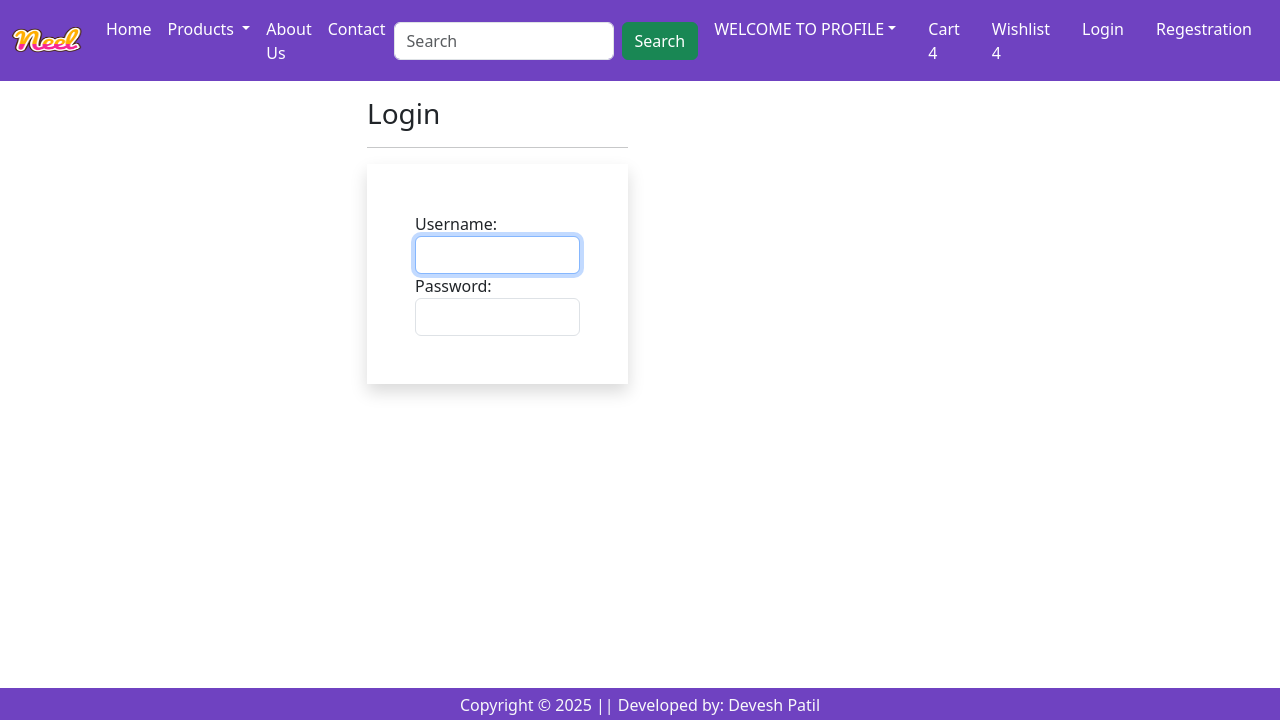
Repository: DeveshPatill/mydjango
Page: http://localhost/accounts/login
These files come from the project's save history. The page is drawn as it stood at one moment and after the next save; the edit follows.
The browser window is 1280 px wide. The pictures show the whole page.
The page is served by the project's application, run on Django 5.2 (ec/manage.py). Other server files are loaded and not shown.

Above is the page before, as saved 2025-03-24 14:47:37.

### ec/app/templates/app/login.html
{% extends 'app/base.html' %}
{% load static %}
{% block title %}Login{% endblock title %}



{% block main-content %}
<div class="container">
    <div class="row my-3">
        <div class="col-sm-3 offset-sm-3">
            <h3>Login</h3>
            <hr>
            <form action="" method="post" novalidate class="shadow p-5">{% csrf_token %}
                {% for fm in form %}
                {{fm.label_tag}} {{fm}} <small class="text-danger">{{fm.errors | striptags}}</small>
                {% endfor %}
            </form>
        </div>
    </div>
</div>

{% endblock main-content %}

### ec/app/templates/app/base.html
<!DOCTYPE html>
{% load static %}
<html lang="en">
<head>
    <meta charset="UTF-8">
    <meta http-equiv="X-UA-Compatible" content="IE=edge">
    <meta name="viewport" content="width=device-width, initial-scale=1.0">

    <link href="https://cdn.jsdelivr.net/npm/bootstrap@5.3.3/dist/css/bootstrap.min.css" rel="stylesheet" integrity="sha384-QWTKZyjpPEjISv5WaRU9OFeRpok6YctnYmDr5pNlyT2bRjXh0JMhjY6hW+ALEwIH" crossorigin="anonymous">

    <link rel="stylesheet" href="{% static 'app/css/owl.carousel.min.css' %}" />
    <link rel="stylesheet" href="{% static 'app/css/all.min.css' %}" />
    <link rel="stylesheet" href="{% static 'app/css/style.css' %}" />

    <title> Dairy Products | {% block title %} {% endblock title %} </title>
</head>
<body>
    <nav class="navbar navbar-expand-lg navbar-dark" style="background-color: #6f42c1;">
        <div class="container-fluid">
          <a class="navbar-brand" href="/">
            <img src="{% static 'app/images/product/Neel.png' %}" width="70px" height="55px" />
          </a>
          <button class="navbar-toggler" type="button" data-bs-toggle="collapse" data-bs-target="#navbarSupportedContent" aria-controls="navbarSupportedContent" aria-expanded="false" aria-label="Toggle navigation">
            <span class="navbar-toggler-icon"></span>
          </button>
          <div class="collapse navbar-collapse" id="navbarSupportedContent">
            <ul class="navbar-nav me-auto mb-2 mb-lg-0">
              <li class="nav-item">
                <a class="nav-link active" aria-current="page" href="/">Home</a>
              </li>
              <li class="nav-item dropdown">
                <a class="nav-link dropdown-toggle text-white" href="#" role="button" data-bs-toggle="dropdown" aria-expanded="false">
                  Products
                </a>
                <ul class="dropdown-menu">
                  <li><a class="dropdown-item" href="{% url 'category' 'ML' %}">Milk</a></li>
                  <li><a class="dropdown-item" href="{% url 'category' 'CR' %}">Curd</a></li>
                  <li><a class="dropdown-item" href="{% url 'category' 'MS' %}">MilkShake</a></li>
                  <li><a class="dropdown-item" href="{% url 'category' 'LS' %}">Lassi</a></li>
                  <li><a class="dropdown-item" href="{% url 'category' 'GH' %}">Ghee</a></li>
                  <li><a class="dropdown-item" href="{% url 'category' 'PN' %}">Paneer</a></li>
                  <li><a class="dropdown-item" href="{% url 'category' 'CZ' %}">Cheese</a></li>
                  <li><a class="dropdown-item" href="{% url 'category' 'IC' %}">Ice-Cream</a></li>

                </ul>
              </li>
              <li class="nav-item">
                <a class="nav-link text-white" href="{% url 'about'  %}">About Us</a>
              </li>
              <li class="nav-item">
                <a class="nav-link text-white" href="{% url 'contact'  %}">Contact</a>
              </li>

            </ul>
            <form class="d-flex" role="search">
              <input class="form-control me-2" type="search" placeholder="Search" aria-label="Search">
              <button class="btn btn-success" type="submit">Search</button>
            </form>
          </div>
          <ul class="navbar-nav me-auto mb-2 mb-lg-0">
            <li class="nav-item dropdown mx-2">
                <a class="nav-link dropdown-toggle text-white" href="#" id="profileDropdown" role="button" data-bs-toggle="dropdown" aria-expanded="false">WELCOME TO PROFILE</a>
                <ul class="dropdown-menu" aria-labelledby="profileDropdown">
                    <li><a class="dropdown-item" href="#">Profile</a></li>
                    <li><a class="dropdown-item" href="#">Orders</a></li>
                    <li><a class="dropdown-item" href="#">Change Password</a></li>
                    <li><a class="dropdown-item" href="#">Logout</a></li>
                </ul>
            </li>
            <li class="nav-item mx-2">
                <a href="#" class="nav-link text-white">Cart 4</a>
            </li>
            <li class="nav-item mx-2">
                <a href="#" class="nav-link text-white">Wishlist 4</a>
            </li>
            <li class="nav-item mx-2">
                <a href="{% url 'login' %}" class="nav-link text-white">Login</a>
            </li>
            <li class="nav-item mx-2">
                <a href="{% url 'customerregistration' %}" class="nav-link text-white">Regestration</a>
            </li>

          </ul>
        </div>
      </nav>
      {% block banner-slider %}{% endblock banner-slider %}

      {% block information %}{% endblock information %}

      {% block main-content %}{% endblock main-content %}

    <footer class="text-center text-light py-3 fixed-bottom" style="background-color: #6f42c1; height: 5px; line-height: 2px;">
        Copyright © 2025 || Developed by: Devesh Patil
    </footer>






    <script src="https://cdn.jsdelivr.net/npm/@popperjs/core@2.11.8/dist/umd/popper.min.js" integrity="sha384-I7E8VVD/ismYTF4hNIPjVp/Zjvgyol6VFvRkX/vR+Vc4jQkC+hVqc2pM8ODewa9r" crossorigin="anonymous"></script>
    <script src="https://cdn.jsdelivr.net/npm/bootstrap@5.3.3/dist/js/bootstrap.min.js" integrity="sha384-0pUGZvbkm6XF6gxjEnlmuGrJXVbNuzT9qBBavbLwCsOGabYfZo0T0to5eqruptLy" crossorigin="anonymous"></script>

    <script src=https://cdnjs.cloudflare.com/ajax/libs/jquery/3.7.1/jquery.min.js></script>


    <script script="{% static 'app/js/owl.carousel.min.js' %}"></script>
    <script script="{% static 'app/js/all.min.js' %}"></script>
    <script script="{% static 'app/js/myscript.js' %}"></script>

</body>
</html>

### ec/app/forms.py
from django import forms
from django.contrib.auth.forms import UserCreationForm,AuthenticationForm
from django.contrib.auth.models import User


class LoginForm(AuthenticationForm):
    username=forms.CharField(widget=forms.TextInput(attrs={'autofocus':True,'class':"form-control"}))
    password=forms.CharField(widget=forms.PasswordInput(attrs={'autocomplete':'currentpassword','class':'form-control'}))





class CustomerRegistrationForm(UserCreationForm):
    username=forms.CharField(widget=forms.TextInput(attrs={'autofocus':True,'class':"form-control"}))
    email=forms.EmailField(widget=forms.EmailInput(attrs={'class':'form-control'}))
    password1=forms.CharField(label='Password',widget=forms.PasswordInput(attrs={'class':'form-control'}))
    password2=forms.CharField(label='Confirm Password',widget=forms.PasswordInput(attrs={'class':'form-control'}))

    class Meta:
        model = User
        fields = ['username','email','password1','password2']

### ec/ec/urls.py
"""
URL configuration for ec project.

The `urlpatterns` list routes URLs to views. For more information please see:
    https://docs.djangoproject.com/en/5.1/topics/http/urls/
Examples:
Function views
    1. Add an import:  from my_app import views
    2. Add a URL to urlpatterns:  path('', views.home, name='home')
Class-based views
    1. Add an import:  from other_app.views import Home
    2. Add a URL to urlpatterns:  path('', Home.as_view(), name='home')
Including another URLconf
    1. Import the include() function: from django.urls import include, path
    2. Add a URL to urlpatterns:  path('blog/', include('blog.urls'))
"""

from django.contrib import admin
from django.urls import path,include

urlpatterns = [
    path("admin/", admin.site.urls),
    path("", include("app.urls")),

]

### ec/app/urls.py
from django.urls import path
from .import views
from django.conf import settings
from django.conf.urls.static import static
from django.contrib.auth import views as auth_view
from .forms import LoginForm
urlpatterns = [
    path("",views.home),
    path("about/",views.about,name="about"),
    path("contact/",views.contact,name="contact"),
    path("category/<slug:val>",views.CategoryView.as_view(),name="category"),
    path("category-title/<val>",views.CategoryTitle.as_view(),name='category-title'),
    path("product-detail/<int:pk>",views.ProductDetail.as_view(),name="product-detail"),

    #login authentication
    path('registration/',views.CustomerRegistrationView.as_view(),name='customerregistration'),
    path("accounts/login",auth_view.LoginView.as_view(template_name='app/login.html',authentication_form=LoginForm),name='login'),
]+static(settings.MEDIA_URL,document_root=settings.MEDIA_ROOT)

### ec/app/static/app/css/style.css
.owl-carousel .item{
 /* border: 1px solid black; */
 font-size: 24px;
 text-align: center;
 margin-top: 20px;
 transition: transform .5s ease;
}

 .owl-carousel .item:hover{
    /* border: 1px solid black; */
    transform : scale(1.1);
}

/* .owl-carousel img{
    transition: transform .5s ease;
  }
 .owl-carousel img:hover{

    transform : scale(1.25);
} */

.owl-next{
 float:right;
}
.owl-prev{
 float:left;
}
.owl-prev span{
 font-size: 24px;
 font-weight: bold;
}
.owl-next span{
 font-size: 24px;
 font-weight: bold;
}




.buttermilk{
    background-color:#fff;background-image:linear-gradient(#fff7ef, #fff);
    background-image:-webkit-linear-gradient(#fff7ef, #fff);
    background-image:-moz-linear-gradient(#fff7ef, #fff);
    background-image:-ms-linear-gradient(#fff7ef, #fff);
    background-image:-o-linear-gradient(#fff7ef, #fff);
    padding:50px 40px;
    border:1px solid #efe8e1;
    padding-bottom:20px;
}

.smbg{
    background-color:#fff;
    background-image:linear-gradient(rgba(110, 69, 143, 0.1), #fff);
    background-image:-webkit-linear-gradient(rgba(110, 69, 143, 0.1), #fff);
    background-image:-moz-linear-gradient(rgba(110, 69, 143, 0.1), #fff);
    background-image:-ms-linear-gradient(rgba(110, 69, 143, 0.1), #fff);
    background-image:-o-linear-gradient(rgba(110, 69, 143, 0.1), #fff);
}

.curdbgpro{
    background-color:#fff;
    background-image:linear-gradient(rgba(10, 77, 123, 0.1), #fff);
    background-image:-webkit-linear-gradient(rgba(10, 77, 123, 0.1), #fff);
    background-image:-moz-linear-gradient(rgba(10, 77, 123, 0.1), #fff);
    background-image:-ms-linear-gradient(rgba(10, 77, 123, 0.1), #fff);
    background-image:-o-linear-gradient(rgba(10, 77, 123, 0.1), #fff);
}

.goodnessseccont img{
    width:100%;
}

.mlkpro{
    color:#636362;
    font-size:22px;
    line-height:22px;
    margin-bottom:15px;
    width:43%;
    margin:0 auto;
    text-align:center;

}

.goodnesssec a{
    text-decoration: none;
}


/*
body {
    padding-bottom: 80px; /* Adjust this value based on footer height
}*/

Loaded but not shown: ec/app/static/app/css/owl.carousel.min.css (library); ec/app/static/app/css/all.min.css (library)

After the next save:
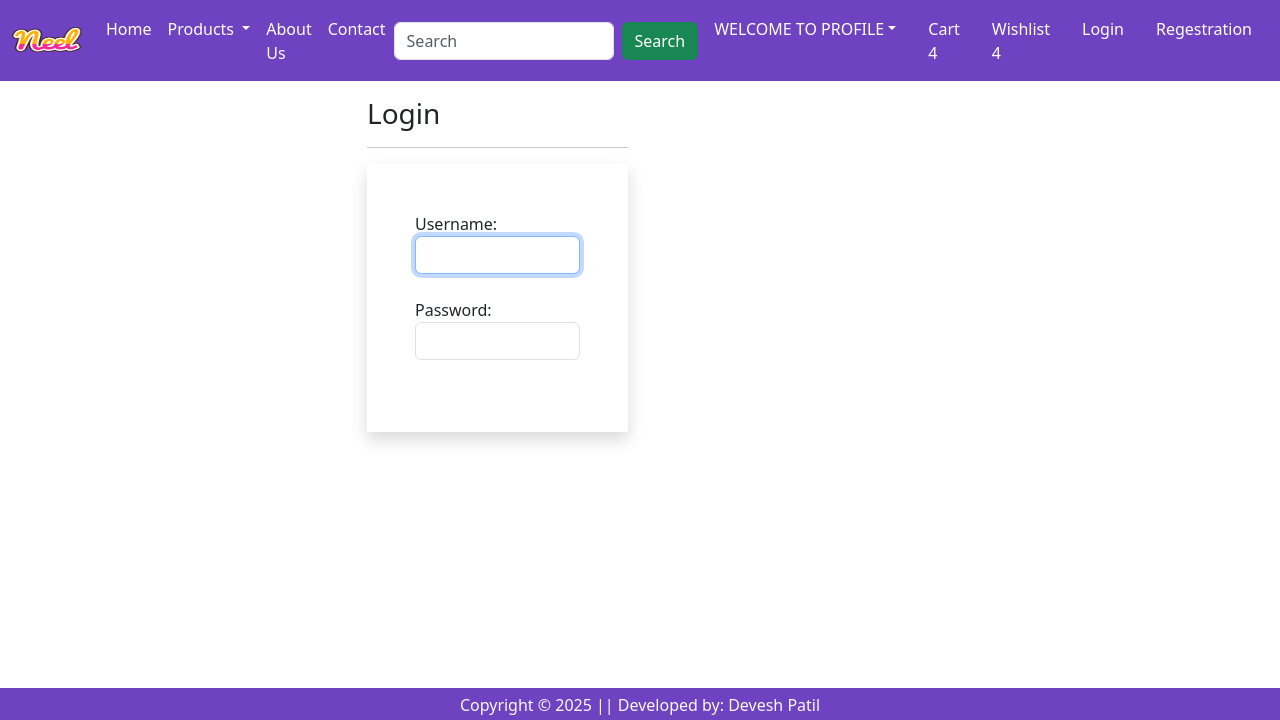
Saved 38 s later.
--- a/ec/app/templates/app/login.html
+++ b/ec/app/templates/app/login.html
@@ -12,7 +12,7 @@
             <hr>
             <form action="" method="post" novalidate class="shadow p-5">{% csrf_token %}
                 {% for fm in form %}
-                {{fm.label_tag}} {{fm}} <small class="text-danger">{{fm.errors | striptags}}</small>
+                {{fm.label_tag}} {{fm}} <small class="text-danger">{{fm.errors | striptags}}</small><br>
                 {% endfor %}
             </form>
         </div>
